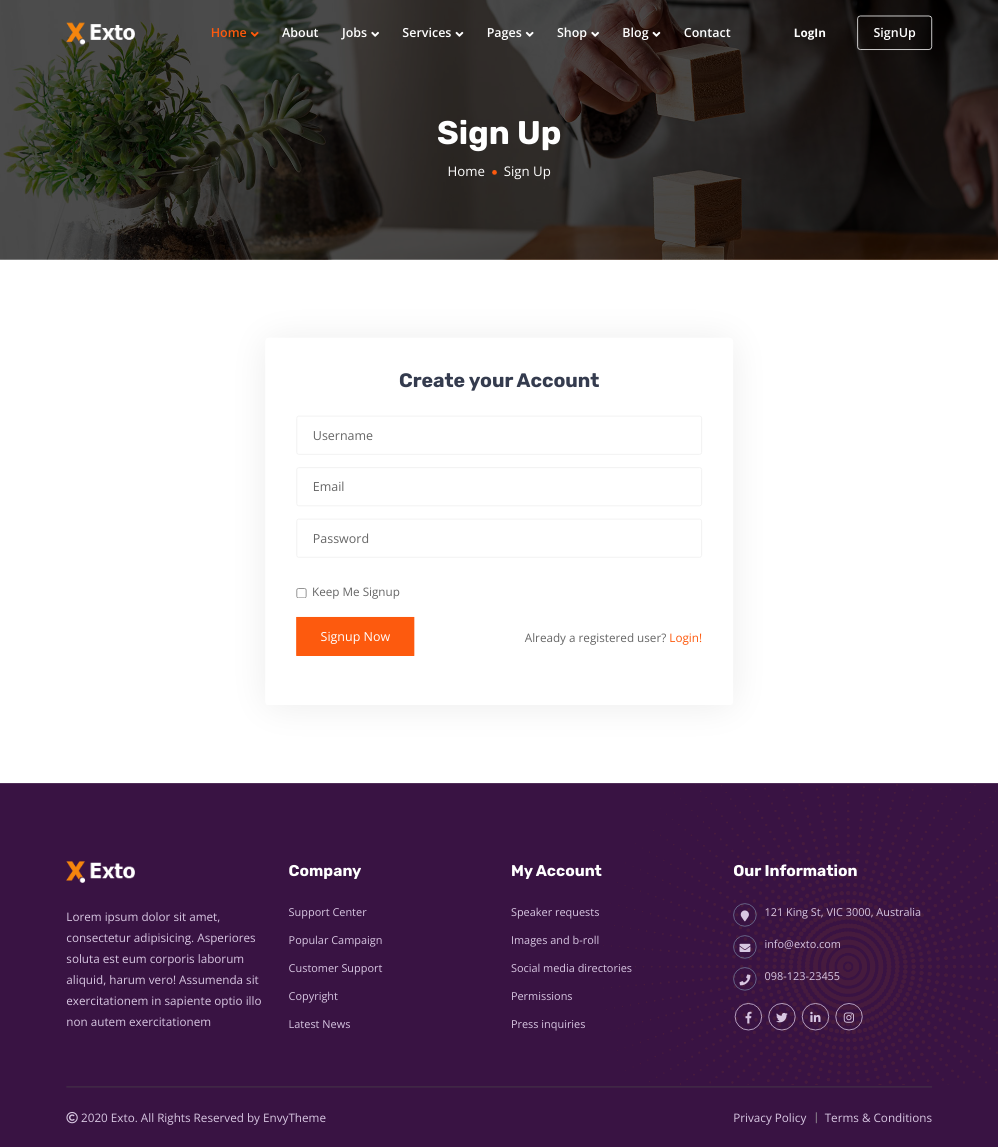
Repository: aakashrajput/XtremeWorks
Page: http://localhost/register
These files come from the project's save history. The page is drawn as it stood at one moment and after the next save; the edit follows.
The browser window is 1280 px wide. The pictures show the whole page, at 78% of full size.
The page is served by the project's Laravel application, run on PHP 8.4 with Laravel 8. Other server files are loaded and not shown.

Above is the page before, as saved 2020-03-26 04:35:51.

### routes/web.php
<?php

use Illuminate\Support\Facades\Route;

/*
|--------------------------------------------------------------------------
| Web Routes
|--------------------------------------------------------------------------
|
| Here is where you can register web routes for your application. These
| routes are loaded by the RouteServiceProvider within a group which
| contains the "web" middleware group. Now create something great!
|
*/


//Main Site Routes

Route::get('/', function () {
    return view('site.index');
});

Route::get('/about', function () {
    return view('site.about');
});

Route::get('/login', function () {
    return view('site.login');
});

Route::get('/register', function () {
    return view('site.register');
});

### resources/views/site/register.blade.php
@include ('site.includes.header')

    <!-- Start Page Title Area -->
    <div class="page-title-area">
        <div class="d-table">
            <div class="d-table-cell">
                <div class="container">
                    <div class="page-title-content">
                        <h2>Sign Up</h2>
                        <ul>
                            <li>
                                <a href="index.html">Home</a>
                            </li>
                            <li>Sign Up</li>
                        </ul>
                    </div>
                </div>
            </div>
        </div>
    </div>
    <!-- End Page Title Area -->

    <!-- Start Signup Area -->
    <div class="signup-section ptb-100">
        <div class="container">
            <div class="signup-form">
                <h3>Create your Account</h3>
                <form>
                    <div class="row">
                        <div class="col-lg-12">
                            <div class="form-group">
                                <input type="text" class="form-control" name="username" placeholder="Username">
                            </div>
                        </div>
                        <div class="col-lg-12">
                            <div class="form-group">
                                <input type="email" class="form-control" name="email" placeholder="Email">
                            </div>
                        </div>
                        <div class="col-lg-12">
                            <div class="form-group">
                                <input type="password" class="form-control" name="password" placeholder="Password">
                            </div>
                        </div>
                        <div class="col-lg-12">
                            <div class="form-check">
                                <input type="checkbox" class="form-check-input" id="checkme">
                                <label class="form-check-label" for="checkme">Keep Me Signup</label>
                            </div>
                        </div>
                        <div class="col-lg-12">
                            <div class="send-btn">
                                <a href="signup.html#" class="default-btn-one">Signup Now</a>
                            </div>
                            <br>
                            <span>Already a registered user?
                                <a href="login.html">Login!</a>
                            </span>
                        </div>
                    </div>
                </form>
            </div>
        </div>
    </div>
    <!-- End Signup Area -->

@include ('site.includes.footer')

### resources/views/site/includes/footer.blade.php
        <!-- Start Footer Section -->
        <footer class="footer-section marketing-footer">
            <div class="container">
                <div class="row">
                    <div class="col-lg-3 col-md-6 col-sm-6">
                        <div class="footer-area-content">
                            <img src="../../assets/img/logo/logo-2.png" alt="image">
                           <p>Lorem ipsum dolor sit amet, consectetur adipisicing. Asperiores soluta est eum corporis laborum aliquid, harum vero! Assumenda sit exercitationem in sapiente optio illo non autem exercitationem</p>
                        </div>
                    </div>

                    <div class="col-lg-3 col-md-6 col-sm-6">
                        <div class="single-footer-widget">
                            <h3>Company</h3>
                            <ul class="footer-quick-links">
                                <li>
                                    <a href="index-2.html#">Support Center</a>
                                </li>
                                <li>
                                    <a href="index-2.html#">Popular Campaign</a>
                                </li>
                                <li>
                                    <a href="index-2.html#">Customer Support</a>
                                </li>
                                <li>
                                    <a href="index-2.html#">Copyright</a>
                                </li>
                                <li>
                                    <a href="index-2.html#">Latest News</a>
                                </li>
                            </ul>
                        </div>
                    </div>

                    <div class="col-lg-3 col-md-6 col-sm-6">
                        <div class="single-footer-widget">
                            <h3>My Account</h3>
                            <ul class="footer-quick-links">
                                <li>
                                    <a href="index-2.html#">Speaker requests</a>
                                </li>
                                <li>
                                    <a href="index-2.html#">Images and b-roll</a>
                                </li>
                                <li>
                                    <a href="index-2.html#">Social media directories</a>
                                </li>
                                <li>
                                    <a href="index-2.html#">Permissions</a>
                                </li>
                                <li>
                                    <a href="index-2.html#">Press inquiries</a>
                                </li>
                            </ul>
                        </div>
                    </div>

                    <div class="col-lg-3 col-md-6 col-sm-6">
                        <div class="single-footer-widget">
                            <h3>Our Information</h3>
                            <ul class="footer-quick-links address-link">
                                <li>
                                    <a href="index-2.html#">
                                        <i class="fa fa-map-marker"></i>
                                        121 King St, VIC 3000, Australia
                                    </a>
                                </li>
                                <li>
                                    <a href="index-2.html#">
                                        <i class="fa fa-envelope"></i>
                                        info@exto.com
                                    </a>
                                </li>
                                <li>
                                    <a href="index-2.html#">
                                        <i class="fa fa-phone"></i>
                                        098-123-23455
                                    </a>
                                </li>
                            </ul>
                            <ul class="social-list">
                                <li>
                                    <a href="index-2.html#" class="facebook" target="_blank">
                                        <i class="fab fa-facebook-f"></i>
                                    </a>
                                </li>
                                <li>
                                    <a href="index-2.html#" class="twitter" target="_blank">
                                        <i class="fab fa-twitter"></i>
                                    </a>
                                </li>
                                <li>
                                    <a href="index-2.html#" class="linkedin" target="_blank">
                                        <i class="fab fa-linkedin-in"></i>
                                    </a>
                                </li>
                                <li>
                                    <a href="index-2.html#" class="instagram" target="_blank">
                                        <i class="fab fa-instagram"></i>
                                    </a>
                                </li>
                            </ul>
                        </div>
                    </div>
                </div>

                <div class="copyright-area">
                    <div class="row align-items-center">
                        <div class="col-lg-6 col-sm-6 col-md-6">
                            <p>
                                <i class="far fa-copyright"></i>
                                2020 Exto. All Rights Reserved by
                                <a href="https://envytheme.com/" target="_blank">
                                    EnvyTheme
                                </a>
                            </p>
                        </div>
                        <div class="col-lg-6 col-sm-6 col-md-6">
                            <ul>
                                <li>
                                    <a href="index-2.html#">Privacy Policy</a>
                                </li>
                                <li>
                                    <a href="index-2.html#">Terms & Conditions</a>
                                </li>
                            </ul>
                        </div>
                    </div>
                </div>
            </div>
        </footer>
        <!-- End Footer Section -->

        <!-- Start Go Top Section -->
        <div class="go-top">
            <i class="fas fa-chevron-up"></i>
            <i class="fas fa-chevron-up"></i>
        </div>
        <!-- End Go Top Section -->

        <!-- jQuery Min JS -->
        <script src="../../assets/js/jquery.min.js"></script>
        <!-- Popper Min JS -->
        <script src="../../assets/js/popper.min.js"></script>
        <!-- Bootstrap Min JS -->
        <script src="../../assets/js/bootstrap.min.js"></script>
        <!-- MeanMenu JS  -->
        <script src="../../assets/js/jquery.meanmenu.js"></script>
        <!-- Appear Min JS -->
        <script src="../../assets/js/jquery.appear.min.js"></script>
        <!-- Odometer Min JS -->
        <script src="../../assets/js/odometer.min.js"></script>
        <!-- Owl Carousel Min JS -->
        <script src="../../assets/js/owl.carousel.min.js"></script>
        <!-- Magnific Popup Min JS -->
        <script src="../../assets/js/jquery.magnific-popup.min.js"></script>
        <!-- Nice Select Min JS -->
        <script src="../../assets/js/jquery.nice-select.min.js"></script>
        <!-- WOW Min JS -->
        <script src="../../assets/js/wow.min.js"></script>
        <!-- Particles JS -->
        <script src="../../assets/js/particles.min.js"></script>
        <!-- Progressbar Min JS -->
        <script src="../../assets/js/progressbar.min.js"></script>
        <!-- Main JS -->
        <script src="../../assets/js/main.js"></script>
    </body>
</html>

### public/assets/css/flaticon.css
/*
Flaticon icon font: Flaticon
*/
@font-face {
	font-family: "Flaticon";
	src: url("../fonts/Flaticon.eot");
	src: url("../fonts/Flaticon.eot%3F") format("embedded-opentype"),
	url("../fonts/Flaticon.woff2") format("woff2"),
	url("../fonts/Flaticon.woff") format("woff"),
	url("../fonts/Flaticon.ttf") format("truetype"),
	url("../fonts/Flaticon.svg") format("svg");
	font-weight: normal;
	font-style: normal;
}
@media screen and (-webkit-min-device-pixel-ratio:0) {
	@font-face {
		font-family: "Flaticon";
		src: url("../fonts/Flaticon.svg") format("svg");
	}
}
[class^="flaticon-"]:before, [class*=" flaticon-"]:before,
[class^="flaticon-"]:after, [class*=" flaticon-"]:after {
	font-family: Flaticon;
	font-style: normal;
}

.flaticon-right-arrow:before { content: "\f100"; }
.flaticon-claim:before { content: "\f101"; }
.flaticon-lock:before { content: "\f102"; }
.flaticon-diagram:before { content: "\f103"; }
.flaticon-money:before { content: "\f104"; }
.flaticon-pen:before { content: "\f105"; }
.flaticon-refresh:before { content: "\f106"; }
.flaticon-budget:before { content: "\f107"; }
.flaticon-data:before { content: "\f108"; }
.flaticon-file:before { content: "\f109"; }
.flaticon-ruler:before { content: "\f10a"; }
.flaticon-facebook:before { content: "\f10b"; }
.flaticon-twitter:before { content: "\f10c"; }
.flaticon-linkedin:before { content: "\f10d"; }
.flaticon-instagram-logo:before { content: "\f10e"; }

### public/assets/css/flaticon-two.css
	/*
  	Flaticon icon font: Flaticon
  	Creation date: 22/12/2019 12:08
  	*/

@font-face {
	font-family: "Flaticon";
	src: url("../fonts/style-one/Flaticon.eot");
	src: url("../fonts/style-one/Flaticon.eot%3F") format("embedded-opentype"),
	url("../fonts/style-one/Flaticon.woff2") format("woff2"),
	url("../fonts/style-one/Flaticon.woff") format("woff"),
	url("../fonts/style-one/Flaticon.ttf") format("truetype"),
	url("../fonts/style-one/Flaticon.svg") format("svg");
	font-weight: normal;
	font-style: normal;
}
@media screen and (-webkit-min-device-pixel-ratio:0) {
	@font-face {
		font-family: "Flaticon";
		src: url("../fonts/style-one/Flaticon.svg") format("svg");
	}
}
[class^="flaticon-"]:before, [class*=" flaticon-"]:before,
[class^="flaticon-"]:after, [class*=" flaticon-"]:after {
	font-family: Flaticon;
	font-style: normal;
}

.flaticon-headphones:before { content: "\f100"; }
.flaticon-tag:before { content: "\f101"; }
.flaticon-cyber-security:before { content: "\f102"; }
.flaticon-innovation:before { content: "\f103"; }
.flaticon-content:before { content: "\f104"; }
.flaticon-unlink:before { content: "\f105"; }
.flaticon-data:before { content: "\f106"; }
.flaticon-goal:before { content: "\f107"; }
.flaticon-modules:before { content: "\f108"; }
.flaticon-work-time:before { content: "\f109"; }
.flaticon-it:before { content: "\f10a"; }
.flaticon-monitor:before { content: "\f10b"; }
.flaticon-appointment:before { content: "\f10c"; }
.flaticon-user:before { content: "\f10d"; }
.flaticon-dancer-motion:before { content: "\f10e"; }
.flaticon-cropping-tool:before { content: "\f10f"; }
.flaticon-brain-and-head:before { content: "\f110"; }
.flaticon-telephone:before { content: "\f111"; }
.flaticon-envelope:before { content: "\f112"; }
.flaticon-edit:before { content: "\f113"; }
.flaticon-placeholder:before { content: "\f114"; }

### public/assets/css/flaticon-three.css
	/*
  	Flaticon icon font: Flaticon
  	Creation date: 02/01/2020 10:22
  	*/

@font-face {
	font-family: "Flaticon";
	src: url("../fonts/style-two/Flaticon.eot");
	src: url("../fonts/style-two/Flaticon.eot%3F") format("embedded-opentype"),
	url("../fonts/style-two/Flaticon.woff2") format("woff2"),
	url("../fonts/style-two/Flaticon.woff") format("woff"),
	url("../fonts/style-two/Flaticon.ttf") format("truetype"),
	url("../fonts/style-two/Flaticon.svg") format("svg");
	font-weight: normal;
	font-style: normal;
}

@media screen and (-webkit-min-device-pixel-ratio:0) {
  @font-face {
		font-family: "Flaticon";
		src: url("../fonts/style-two/Flaticon.svg") format("svg");
	}
}
[class^="flaticon-"]:before, [class*=" flaticon-"]:before,
[class^="flaticon-"]:after, [class*=" flaticon-"]:after {
	font-family: Flaticon;
	font-style: normal;
}

.flaticon-industry:before { content: "\f100"; }
.flaticon-group:before { content: "\f101"; }
.flaticon-promotion:before { content: "\f102"; }
.flaticon-coffee-cup:before { content: "\f103"; }

### public/assets/css/progressbar.min.css
.circle-chart{width:150px;height:150px}.circle-chart__circle{stroke:#00acc1;stroke-width:2;stroke-linecap:square;fill:none;animation:circle-chart-fill 2s reverse;transform:rotate(-90deg);transform-origin:center}.circle-chart__circle--negative{transform:rotate(-90deg)scale(1,-1)}.circle-chart__background{stroke:#efefef;stroke-width:2;fill:none}.circle-chart__info{animation:circle-chart-appear 2s forwards;opacity:0;transform:translateY(0.3em)}.circle-chart__percent{alignment-baseline:central;text-anchor:middle;font-size:8px}.circle-chart__subline{alignment-baseline:central;text-anchor:middle;font-size:3px}.success-stroke{stroke:#ff8a00}.warning-stroke{stroke:#ffbb33}.danger-stroke{stroke:#ff4444}
@keyframes circle-chart-fill{to{stroke-dasharray:0 100}}
@keyframes circle-chart-appear{to{opacity:1;transform:translateY(0)}}

Loaded but not shown: public/assets/css/bootstrap.min.css (library); public/assets/css/animate.min.css (library); public/assets/css/odometer.min.css (library); public/assets/css/meanmenu.css (common file); public/assets/css/magnific-popup.min.css (library); public/assets/css/nice-select.min.css (library); public/assets/css/owl.carousel.min.css (library); public/assets/css/fontawesome.min.css (library); public/assets/css/style.css (library); public/assets/js/jquery.min.js (library); public/assets/js/popper.min.js (library); public/assets/js/bootstrap.min.js (library); public/assets/js/jquery.meanmenu.js (library); public/assets/js/jquery.appear.min.js (common file); public/assets/js/odometer.min.js (library); public/assets/js/owl.carousel.min.js (library); public/assets/js/jquery.magnific-popup.min.js (library); public/assets/js/wow.min.js (library); public/assets/js/particles.min.js (library); public/assets/js/main.js (330 lines, source omitted); public/assets/js/jquery.nice-select.min.js (4 lines, source omitted); public/assets/js/progressbar.min.js (4 lines, source omitted); public/assets/css/responsive.css (2922 lines, source omitted); resources/views/site/includes/header.blade.php (197 lines, source omitted)

After the next save:
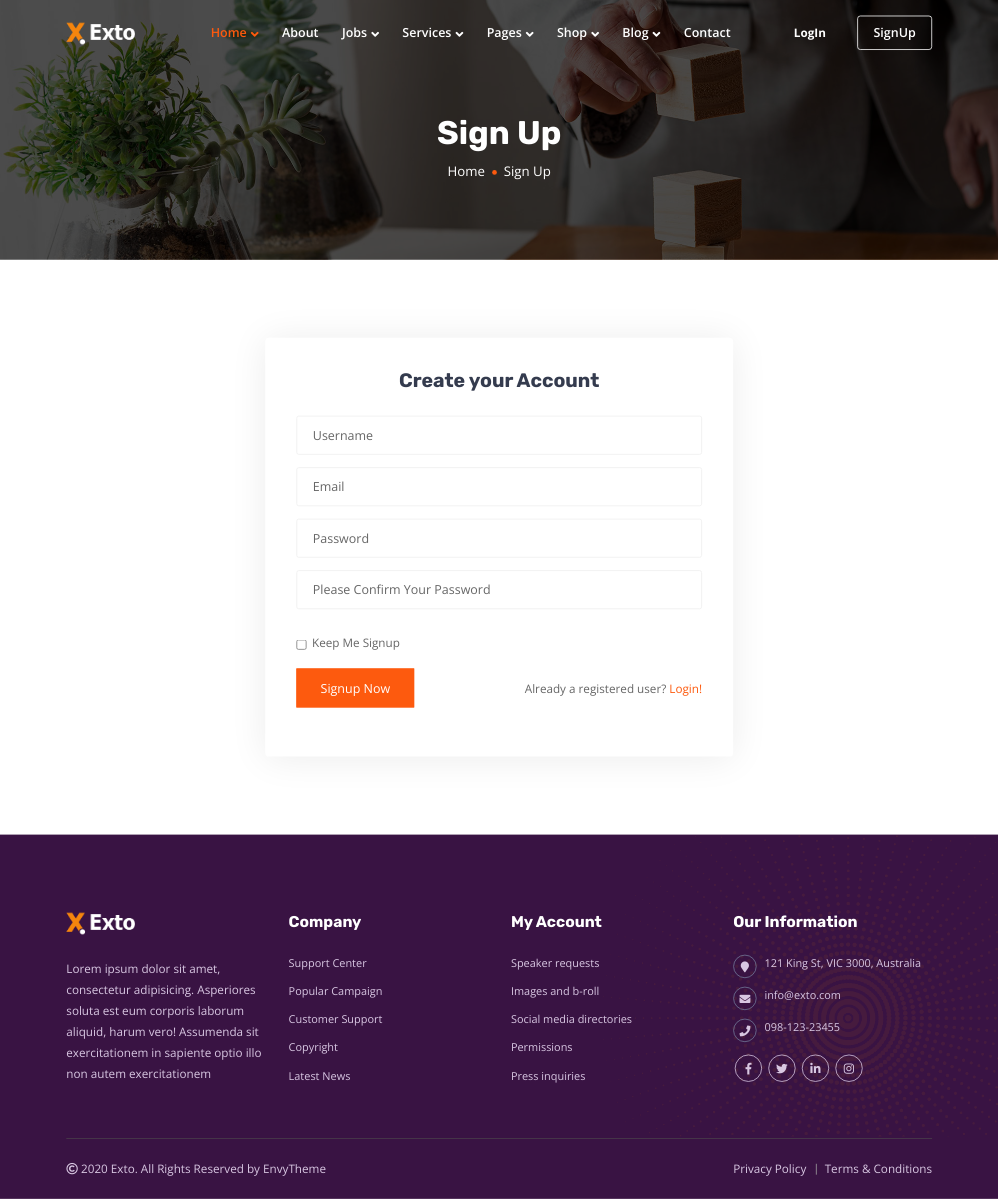
Saved 61 s later.
--- a/resources/views/site/register.blade.php
+++ b/resources/views/site/register.blade.php
@@ -43,6 +43,11 @@
                             </div>
                         </div>
                         <div class="col-lg-12">
+                            <div class="form-group">
+                                <input type="password" class="form-control" name="password_confirmation" placeholder="Please Confirm Your Password">
+                            </div>
+                        </div>
+                        <div class="col-lg-12">
                             <div class="form-check">
                                 <input type="checkbox" class="form-check-input" id="checkme">
                                 <label class="form-check-label" for="checkme">Keep Me Signup</label>
